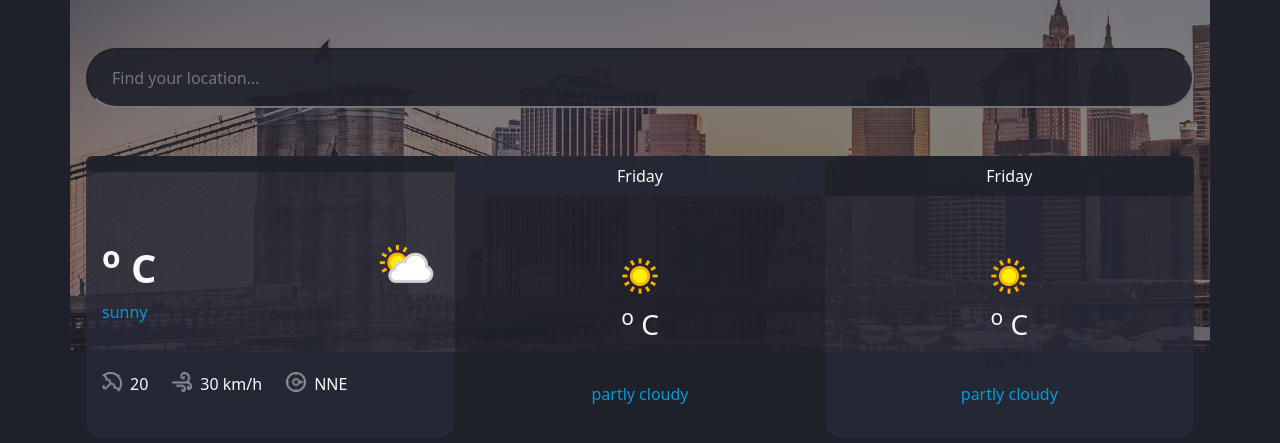
Repository: AmiraNabil97/WeatherApp
Page: index.html
An editor plug-in stored every save of this project. The page is shown before and after the next save, followed by the edit.
The browser window is 1280 px wide. The pictures show the whole page.
The page's requests for data from a server got no answer.

Above is the page before, as saved 2023-08-28 22:09:26.

After the next save:
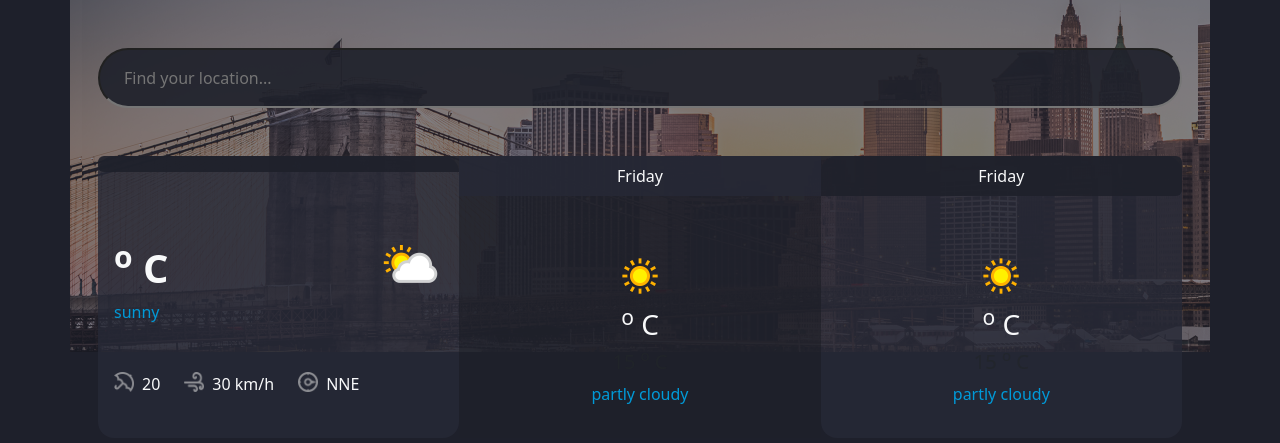
Saved 27 s later.
--- a/index.html
+++ b/index.html
@@ -10,7 +10,7 @@
 </head>
 <body>
 
-        <div class="app-container">
+        <div class="container">
             <div class="container px-3 py-5 text-center">
 
                 <input type="text" class="w-100 mx-auto rounded-5 py-3 px-4 bg-main-color mb-5 text-white"

After the save that followed:
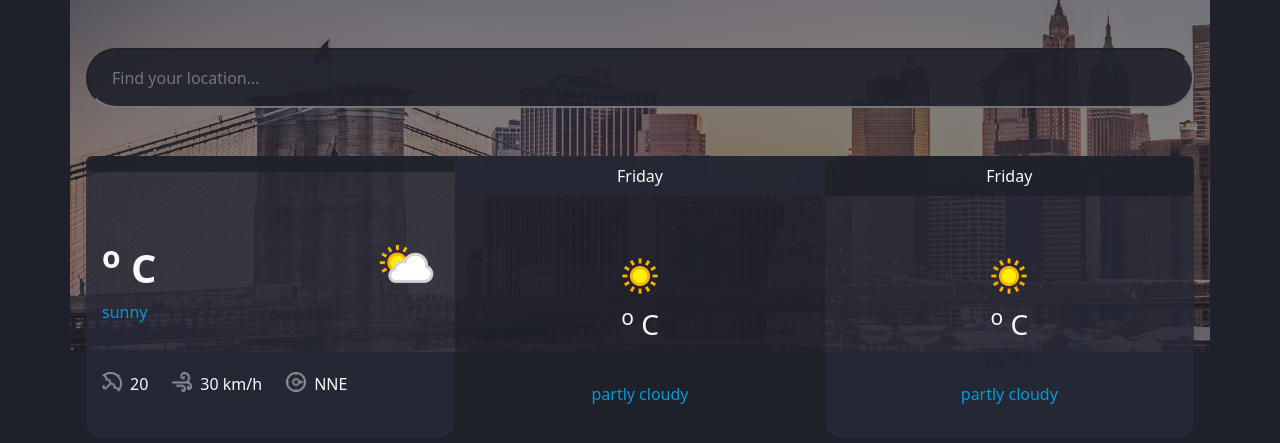
Saved 24 s later.
--- a/index.html
+++ b/index.html
@@ -10,7 +10,7 @@
 </head>
 <body>
 
-        <div class="container">
+        <div class="app-container">
             <div class="container px-3 py-5 text-center">
 
                 <input type="text" class="w-100 mx-auto rounded-5 py-3 px-4 bg-main-color mb-5 text-white"
